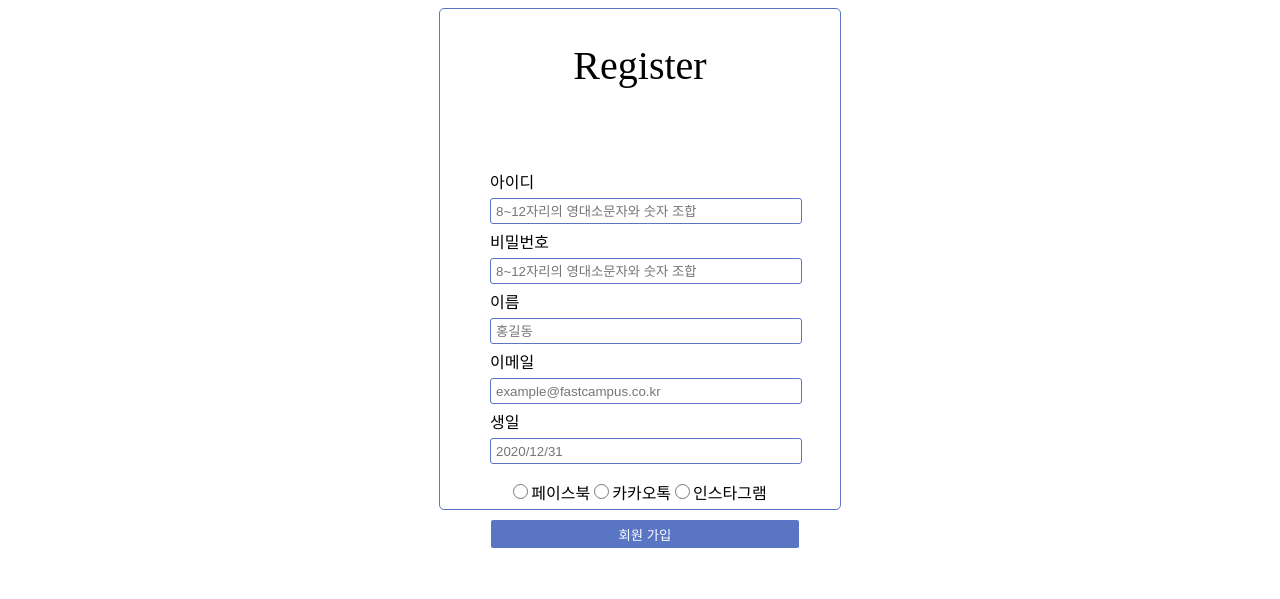
Repository: ksj2001/SpringBasic2024
Page: http://localhost/MVC_join/
These files come from the project's save history. The page is drawn as it stood at one moment and after the next save; the edit follows.
The browser window is 1280 px wide. The pictures show the whole page.
The page is served by Tomcat 9.

Above is the page before, as saved 2024-07-02 15:33:10.

After the next save:
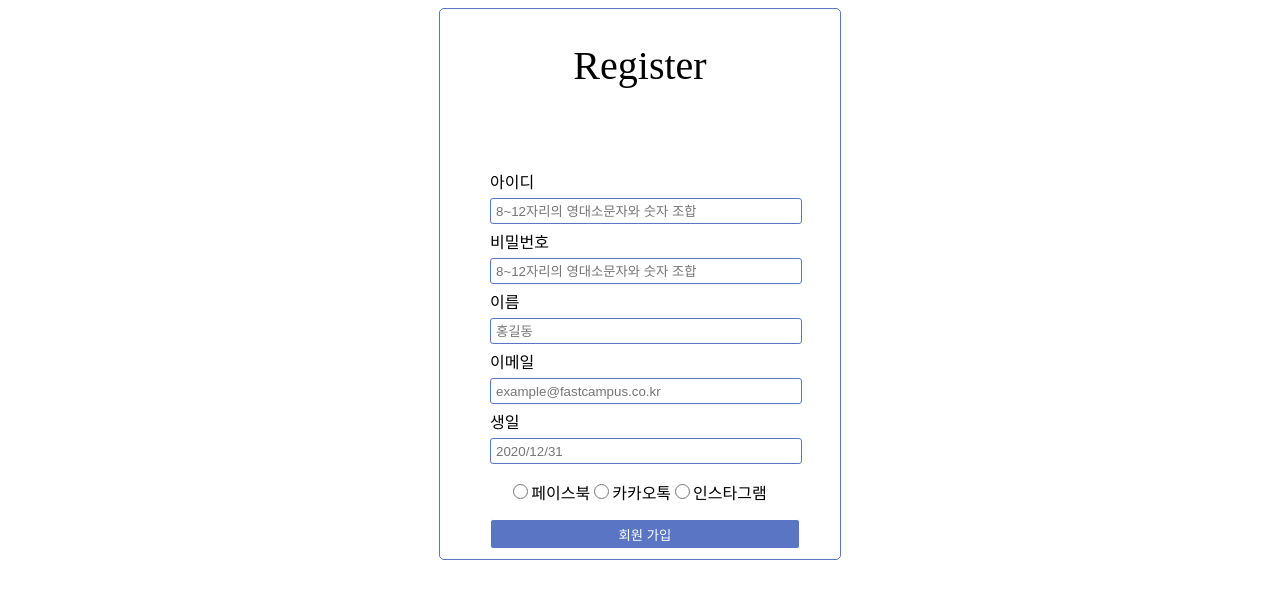
Saved 11 s later.
--- a/MVC_join/src/main/webapp/WEB-INF/views/index.jsp
+++ b/MVC_join/src/main/webapp/WEB-INF/views/index.jsp
@@ -13,7 +13,7 @@
 	}
 	.registerBox{
 		width: 300px;
-		height: 500px;
+		height: 550px;
 		border: 1px solid #5975C4;
 		padding: 0 50px;
 		border-radius: 5px;
